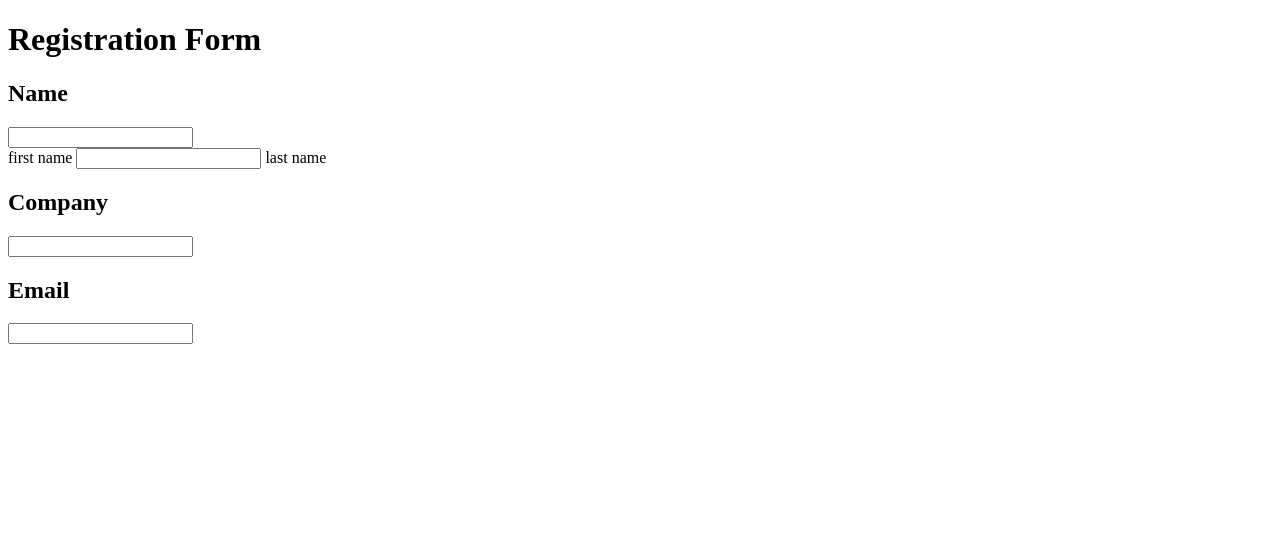
Repository: sudeepa88/Registration-Form
Page: registration.html
An editor plug-in stored every save of this project. The page is shown before and after the next save, followed by the edit.
The browser window is 1280 px wide. The pictures show the whole page.

Above is the page before, as saved 2022-01-11 21:33:06.

After the next save:
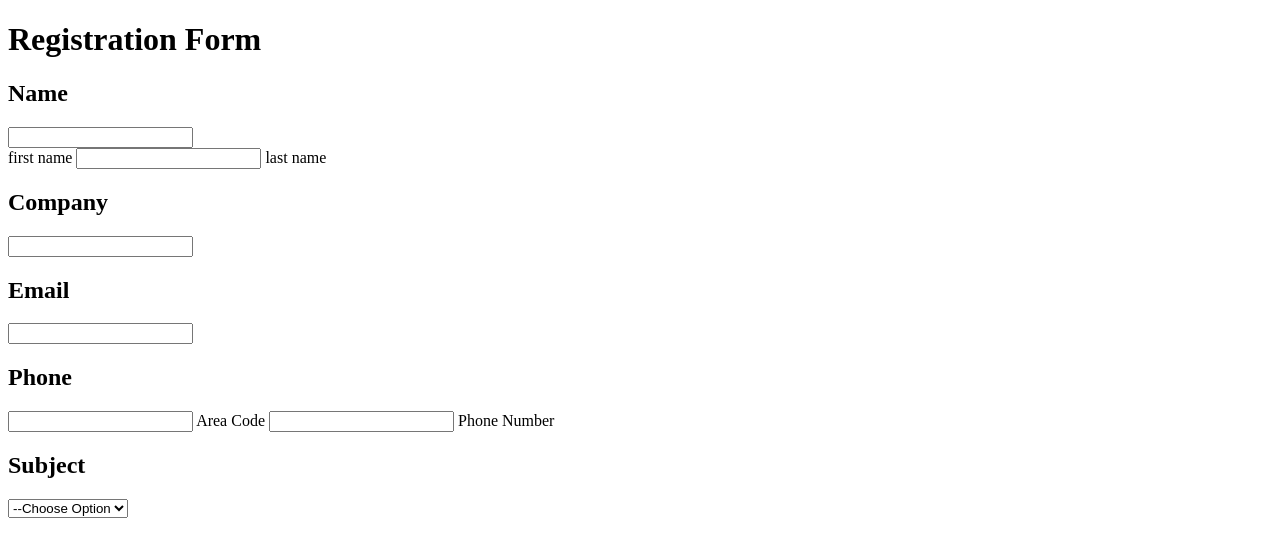
Saved 44 min 56 s later.
--- a/registration.html
+++ b/registration.html
@@ -26,6 +26,21 @@
              <h2 class="name">Email</h2>
              <input class="email" type="text" name="email">
 
+             <h2 class="name">Phone</h2>
+             <input class="code" type="text" name="area_code">
+             <label class="area-code">Area Code </label>
+             <input class="number" type="text" name="phone">
+             <label class="phone-number">Phone Number</label>
+
+             <h2 class="name">Subject</h2>
+             <select class="option" name="subject">
+                 <option disabled="disabled" selected="selected">--Choose Option</option>
+
+                 <option>Subject 1</option>
+                 <option>Subject 2</option>
+                 <option>Subject 3</option>
+                 <option>Subject 4</option>
+             </select>
              <h2></h2>
         </form>
     </div>
